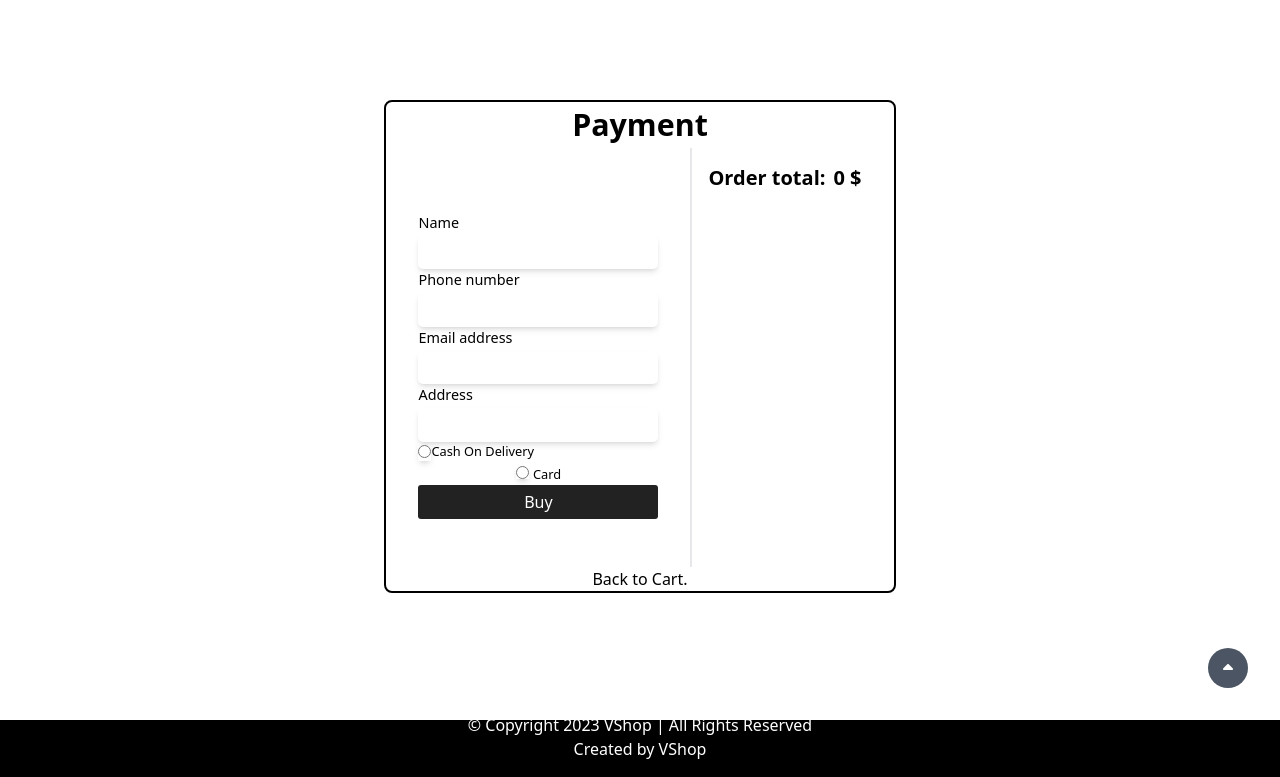
Repository: Kith933UTH/VSHOP
Page: /private/payment
The author's editor kept a copy of each file at every save. The page is drawn from the files as they stood at one save, then again after the next save.
The browser window is 1280 px wide. The pictures show the whole page.
Pictures or frames that could not be fetched are drawn as grey boxes. The project was rebuilt for these pictures with package versions that can differ from the ones it lists, and the page was loaded fresh each time. Also part of the build but not shown: src/components/product-item/ProductItem.js, src/components/loader/Loader.js, src/constants/constants.js, src/components/product-filters/Category.js, src/components/product-filters/Price.js, src/components/product-filters/Rating.js, src/components/product-filters/ProductFilters.js, src/components/cart-shopping/CartEmpty.js and 20 more.

Above is the page before, as saved 2023-08-04 22:26:44.

After the next save:
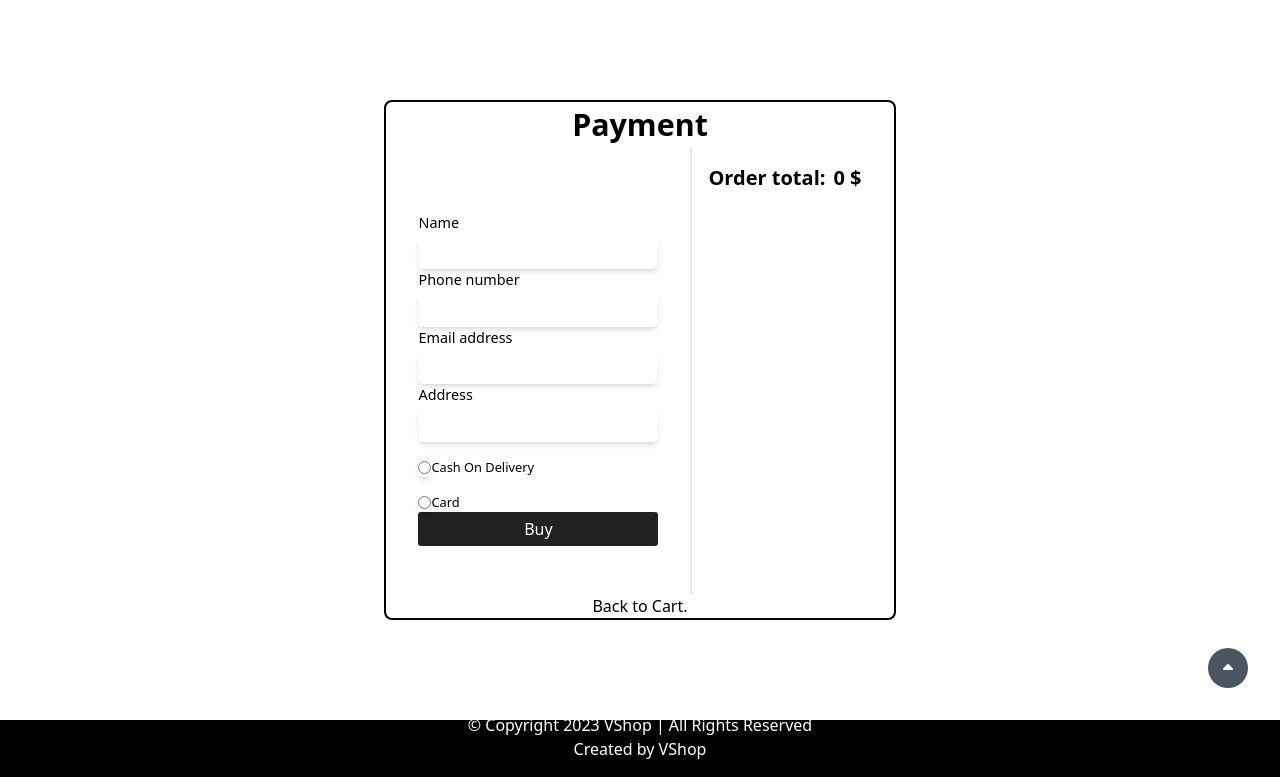
Saved 47 s later.
--- a/src/components/payment/Payment.js
+++ b/src/components/payment/Payment.js
@@ -34,10 +34,10 @@ export function Payment({login}) {
                         <label>Address</label><br/>
                         <input className='shadow-md'  type="text" name="address" required />
                     </p>
-                    <p className='flex justify-start'>
+                    <p className='flex justify-start pt-4'>
                         <input className='shadow-md' type="radio" name="checkbox" /> <span>Cash On Delivery</span>
                     </p>
-                    <p className=''>
+                    <p className='flex justify-start pt-4'>
                         <input className='shadow-md' type="radio" name="checkbox" /> <span>Card</span>
                     </p>
 
